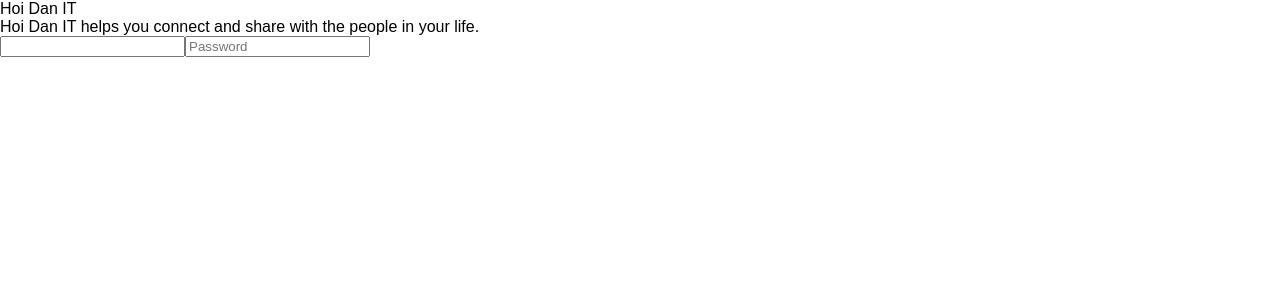
Repository: minhtien9/jwt_Reactjs_Frontend
Page: /login
These files come from the project's save history. The page is drawn as it stood at one moment and after the next save; the edit follows.
The browser window is 1280 px wide. The pictures show the whole page.
The project was rebuilt for these pictures with package versions that can differ from the ones it lists, and the page was loaded fresh each time. Also part of the build but not shown: src/App.scss, src/components/Navigation/Nav.js.

Above is the page before, as saved 2022-05-22 22:53:34.

After the next save:
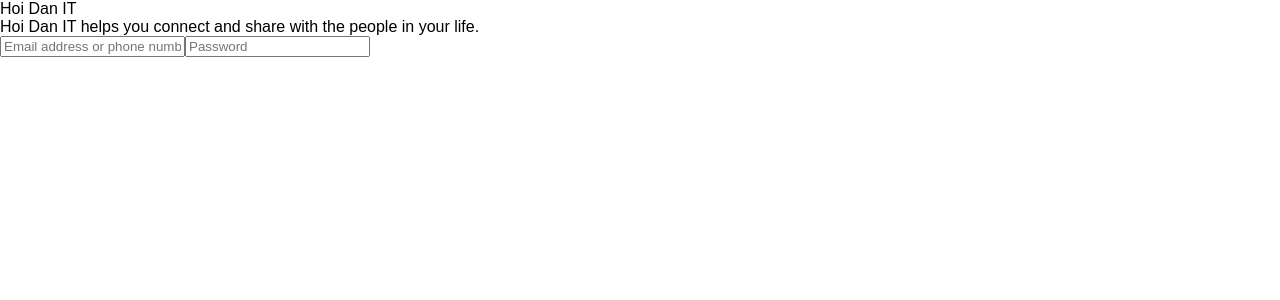
Saved 13 s later.
--- a/src/components/Login/Login.js
+++ b/src/components/Login/Login.js
@@ -13,7 +13,10 @@ const Login = (props) => {
                         </div>
                     </div>
                     <div className='content-right'>
-                        <input type='text' />
+                        <input
+                            type='text'
+                            placeholder='Email address or phone number'
+                        />
                         <input type='password' placeholder='Password' />
                     </div>
                 </div>
